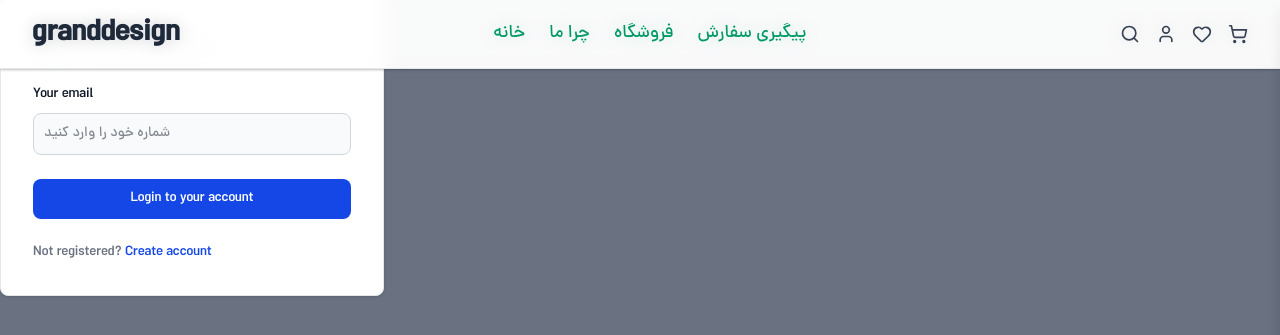
Repository: Aihan-2005/granddesign.frontend
Page: /productTracking
These files come from the project's save history. The page is drawn as it stood at one moment and after the next save; the edit follows.
The browser window is 1280 px wide. The pictures show the whole page.
The project was rebuilt for these pictures with package versions that can differ from the ones it lists, and the page was loaded fresh each time. The framework's server and built-in components were replaced by stand-ins that run in the browser. Also part of the build but not shown: next.config.mjs, src/components/store/modal/Search.jsx, src/zustand/useAuthStore.jsx, src/components/store/modal/Login.jsx, src/components/store/modal/CartModal.jsx, src/components/store/modal/FavoritesModal.jsx.

Above is the page before, as saved 2025-09-16 01:34:17.

After the next save:
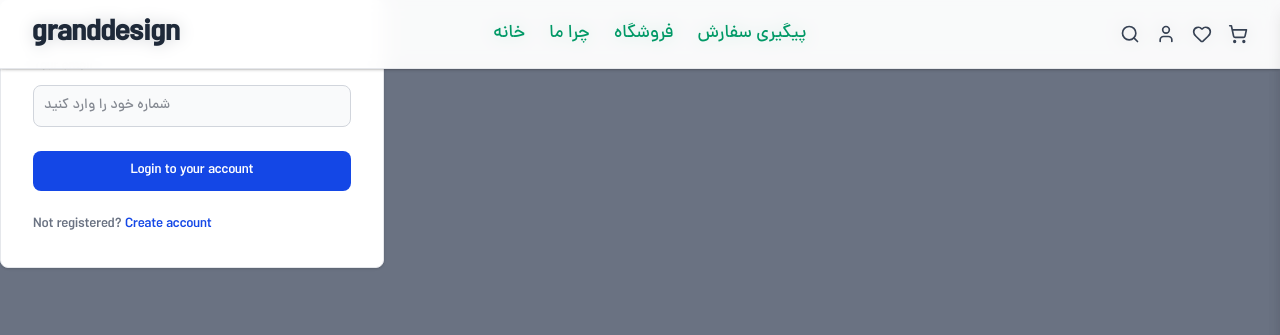
Saved 45 s later.
--- a/src/app/(fullpage)/productTracking/page.jsx
+++ b/src/app/(fullpage)/productTracking/page.jsx
@@ -9,7 +9,7 @@
 
 <div className="w-full max-w-sm p-4 bg-white border border-gray-200 rounded-lg shadow-sm sm:p-6 md:p-8 dark:bg-gray-800 dark:border-gray-700">
     <form className="space-y-6" action="#">
-        <h5 className="text-xl font-medium text-gray-900 dark:text-white">Sign in to our platform</h5>
+        <h5 className="text-xl font-medium text-gray-900 dark:text-white"></h5>
         <div>
             <label htmlFor="text" className="block mb-2 text-sm font-medium text-gray-900 dark:text-white">Your email</label>
             <input type="text" name="text" id="text" className="bg-gray-50 border border-gray-300 text-gray-900 text-sm rounded-lg focus:ring-blue-500 focus:border-blue-500 block w-full p-2.5 dark:bg-gray-600 dark:border-gray-500 dark:placeholder-gray-400 dark:text-white" placeholder="شماره خود را وارد کنید" required />

After the 2 saves that followed:
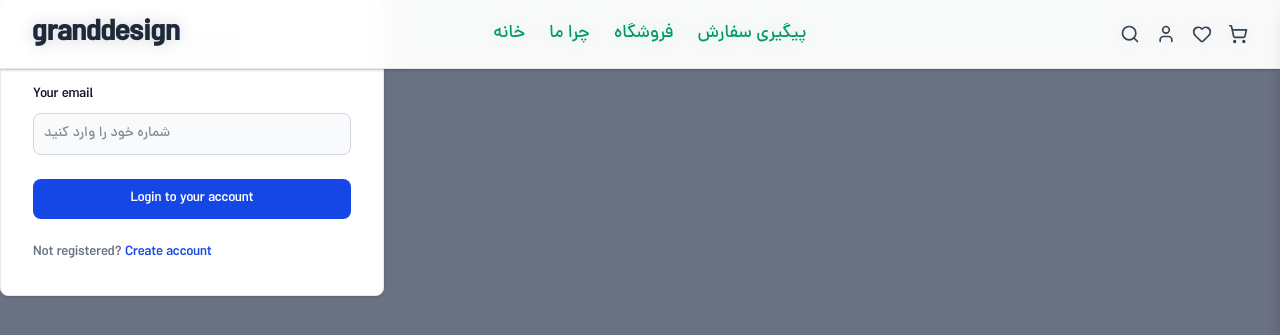
The 2 saves are shown as one change because they came seconds apart.
The last was saved 12 s later.
--- a/src/app/(fullpage)/productTracking/page.jsx
+++ b/src/app/(fullpage)/productTracking/page.jsx
@@ -9,7 +9,7 @@
 
 <div className="w-full max-w-sm p-4 bg-white border border-gray-200 rounded-lg shadow-sm sm:p-6 md:p-8 dark:bg-gray-800 dark:border-gray-700">
     <form className="space-y-6" action="#">
-        <h5 className="text-xl font-medium text-gray-900 dark:text-white"></h5>
+        <h5 className="text-xl font-medium text-gray-900 dark:text-white">لطفا جهت پیگیری سفارش</h5>
         <div>
             <label htmlFor="text" className="block mb-2 text-sm font-medium text-gray-900 dark:text-white">Your email</label>
             <input type="text" name="text" id="text" className="bg-gray-50 border border-gray-300 text-gray-900 text-sm rounded-lg focus:ring-blue-500 focus:border-blue-500 block w-full p-2.5 dark:bg-gray-600 dark:border-gray-500 dark:placeholder-gray-400 dark:text-white" placeholder="شماره خود را وارد کنید" required />
